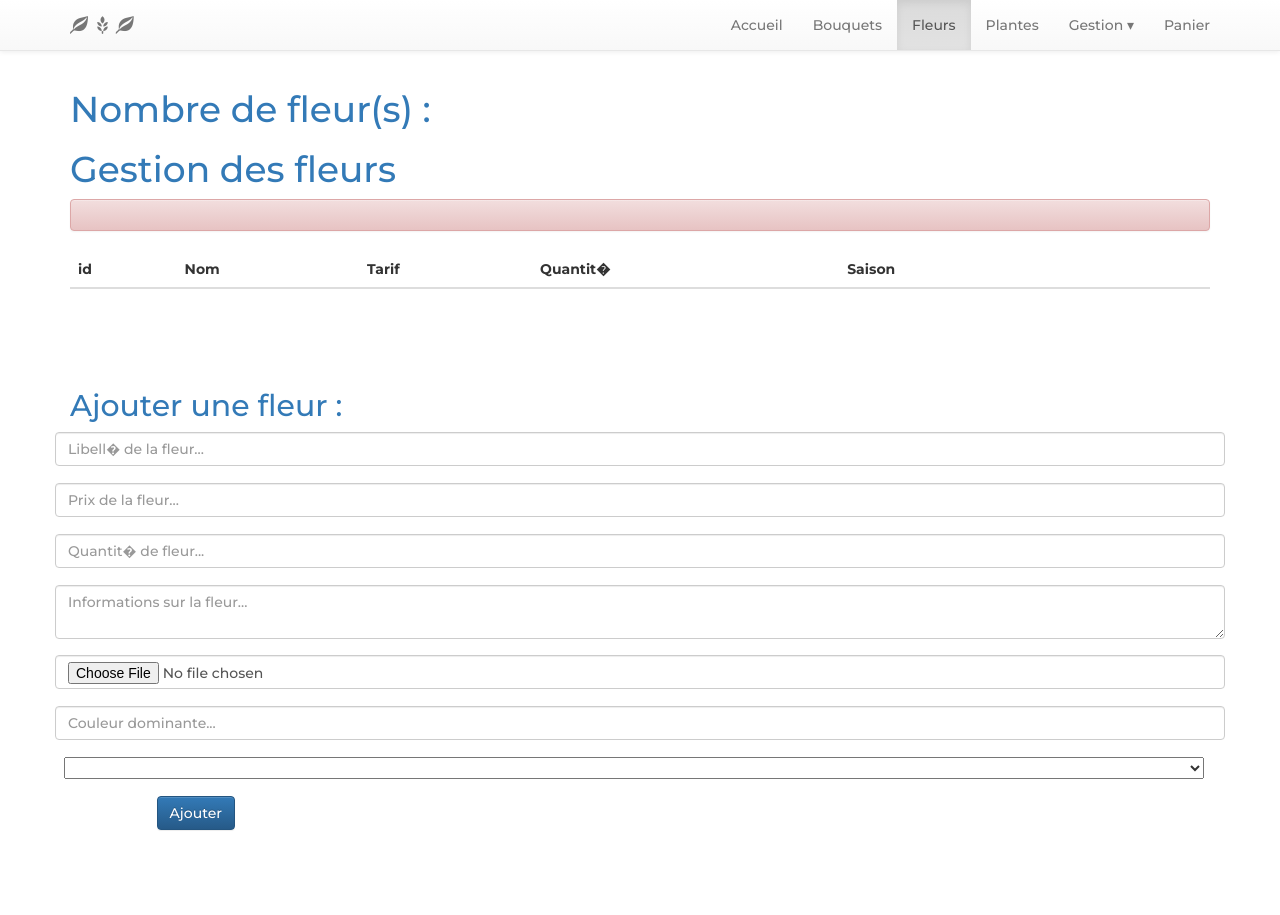
Repository: JeremT8/JavaFleuristeProject
Page: tp-fleuriste/src/main/webapp/fleurs.html
These files come from the project's save history. The page is drawn as it stood at one moment and after the next save; the edit follows.
The browser window is 1280 px wide. The pictures show the whole page.
The page's requests for data from a server got no answer. Some web libraries are served in a nearby version.

Above is the page before, as saved 2022-05-18 14:07:09.

After the next save:
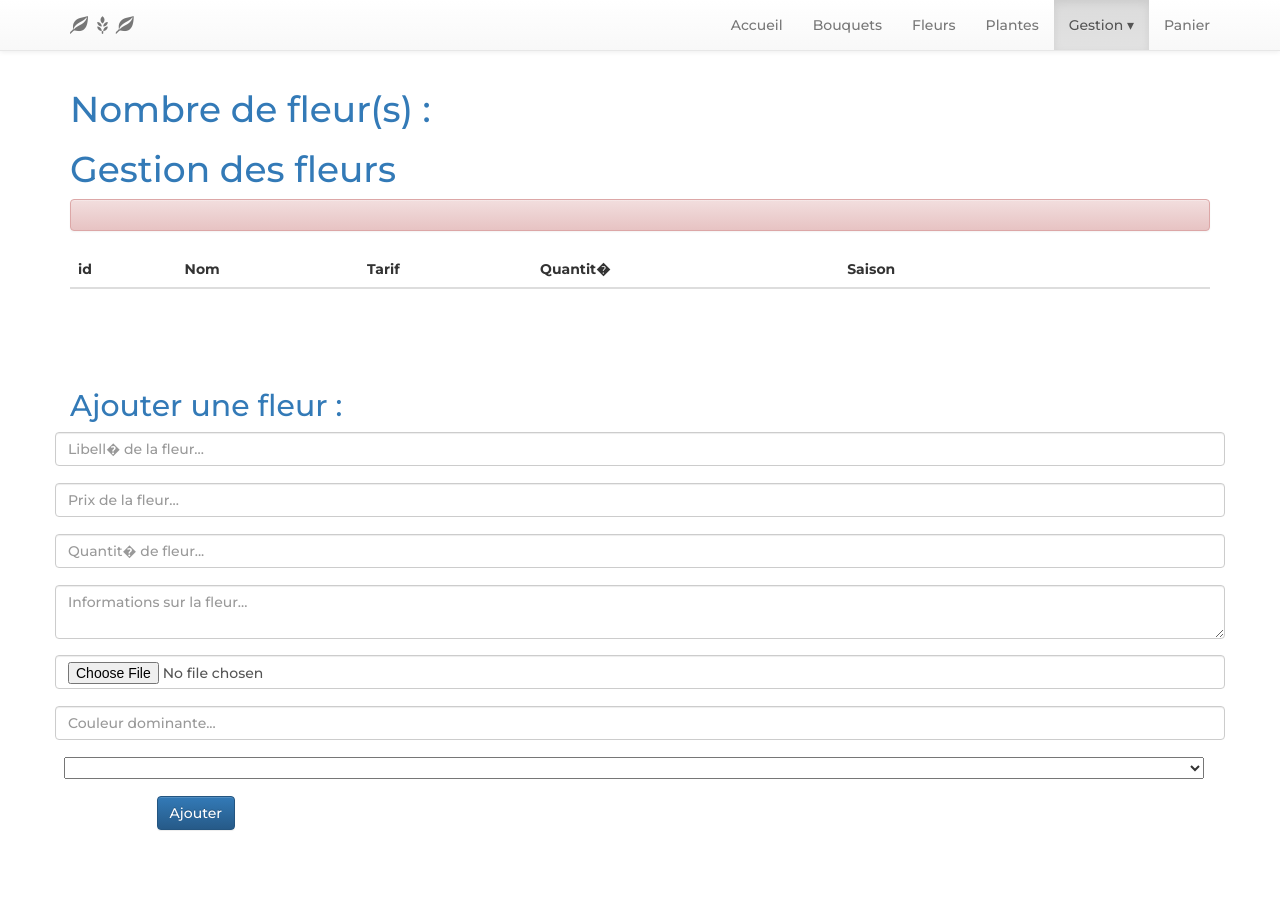
Saved 16 s later.
--- a/tp-fleuriste/src/main/webapp/fleurs.html
+++ b/tp-fleuriste/src/main/webapp/fleurs.html
@@ -45,9 +45,9 @@
 				<ul class="nav navbar-nav navbar-right">
 					<li><a href="index.html">Accueil</a></li>
 					<li><a href="bouquets.html">Bouquets</a></li>
-					<li class="active"><a href="fleurs.html">Fleurs</a></li>
+					<li><a href="fleurs.html">Fleurs</a></li>
 					<li><a href="plantes.html">Plantes</a></li>
-					<li class="nav-item dropdown"><a
+					<li class="nav-item dropdown active"><a
 						class="nav-link dropdown-toggle" href="#" id="navbarDropdown"
 						role="button" data-toggle="dropdown" aria-haspopup="true"
 						aria-expanded="false"> Gestion ▾ </a>
